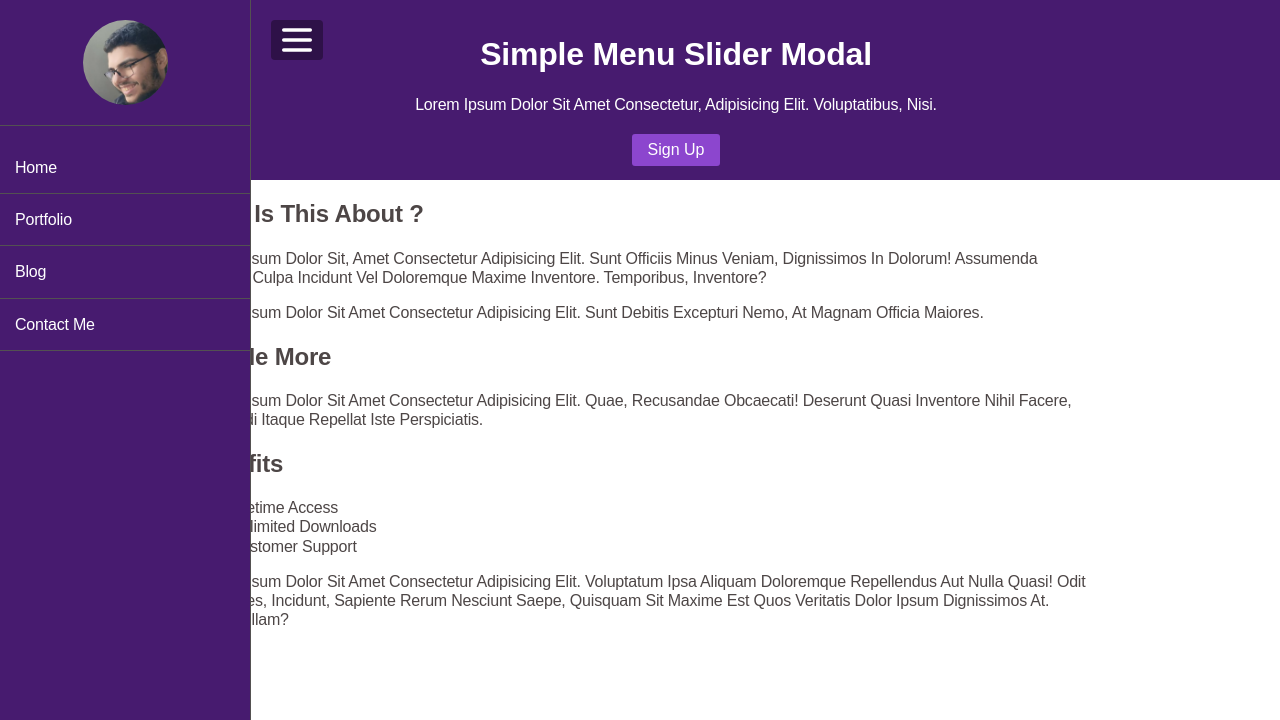
Repository: lilo750/Menu-Slider-modal
Page: index.html
These files come from the project's save history. The page is drawn as it stood at one moment and after the next save; the edit follows.
The browser window is 1280 px wide. The pictures show the whole page.

Above is the page before, as saved 2024-01-17 10:21:42.

After the next save:
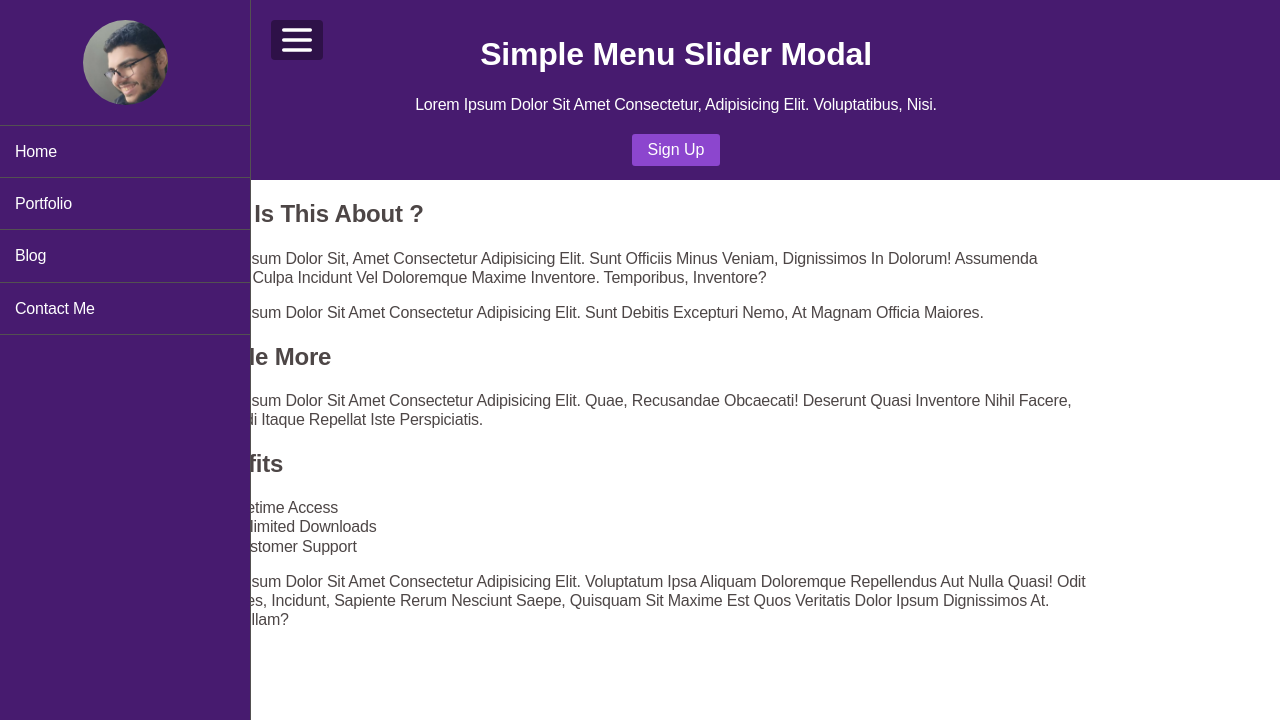
Saved 19 s later.
--- a/assets/style.css
+++ b/assets/style.css
@@ -48,6 +48,10 @@ body {
                 border-bottom: 1px solid #535151;
                 padding-block: 16px;
                 padding-left: 15px;
+            }
+
+            & li:first-child {
+                padding-top: 0;
             }
         }
     }
